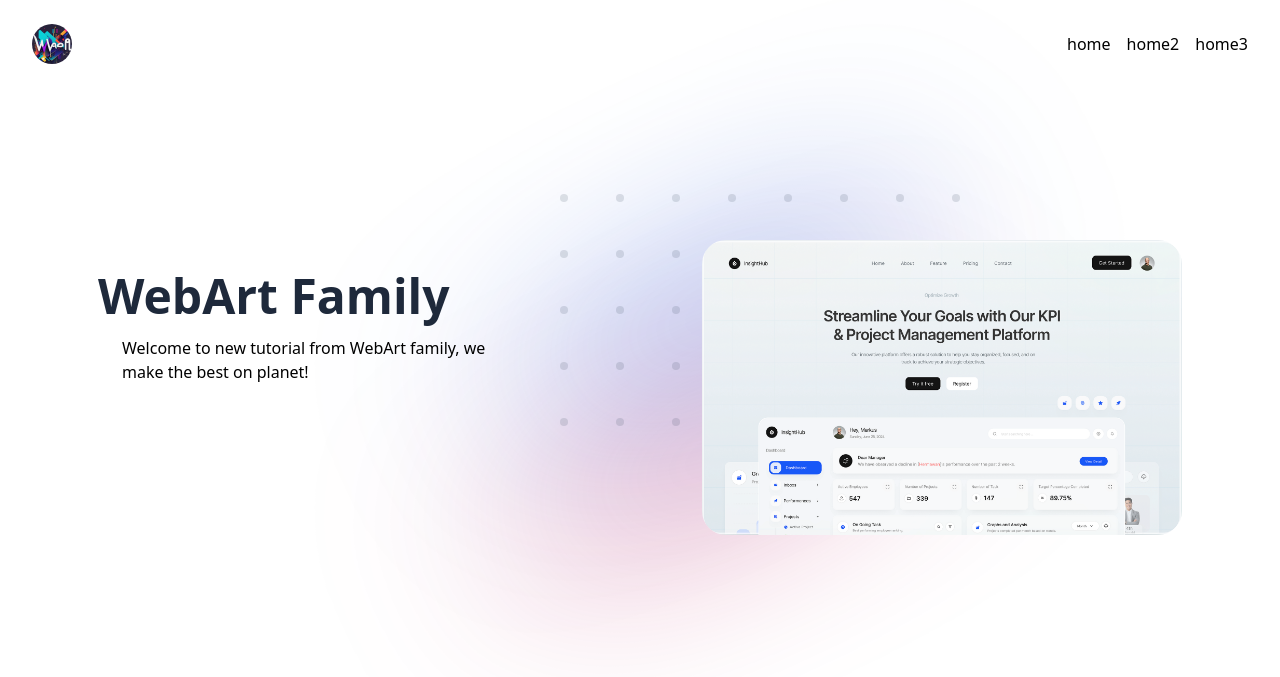
Repository: 30namp/youtube-web-art-code
Page: stunning landing page 1/index.html
These files come from the project's save history. The page is drawn as it stood at one moment and after the next save; the edit follows.
The browser window is 1280 px wide. The pictures show the whole page.

Above is the page before, as saved 2024-09-26 21:07:54.

### stunning landing page 1/index.html
<!DOCTYPE html>
<html lang="en">
  <head>
    <meta charset="UTF-8" />
    <meta name="viewport" content="width=device-width, initial-scale=1.0" />
    <title>WebArt Design</title>
    <script src="./tailwindcss.min.js"></script>
  </head>
  <body class="min-h-screen">
    <div
      class="absolute right-[25%] top-[60%] h-12 w-[30rem] rounded-[100%] rotate-[-25deg] bg-pink-700 blur-[6rem]"
    ></div>
    <div
      class="absolute right-[25%] top-[40%] h-12 w-[30rem] rounded-[100%] rotate-[-25deg] bg-blue-700 blur-[6rem]"
    ></div>
    <div
      class="grid grid-cols-8 gap-12 absolute right-[25%] top-[27%] animate-pulse"
    >
      <div class="rounded-full bg-slate-700/30 size-2 shadow-lg"></div>
      <div class="rounded-full bg-slate-700/30 size-2 shadow-lg"></div>
      <div class="rounded-full bg-slate-700/30 size-2 shadow-lg"></div>
      <div class="rounded-full bg-slate-700/30 size-2 shadow-lg"></div>
      <div class="rounded-full bg-slate-700/30 size-2 shadow-lg"></div>
      <div class="rounded-full bg-slate-700/30 size-2 shadow-lg"></div>
      <div class="rounded-full bg-slate-700/30 size-2 shadow-lg"></div>
      <div class="rounded-full bg-slate-700/30 size-2 shadow-lg"></div>
      <div class="rounded-full bg-slate-700/30 size-2 shadow-lg"></div>
      <div class="rounded-full bg-slate-700/30 size-2 shadow-lg"></div>
      <div class="rounded-full bg-slate-700/30 size-2 shadow-lg"></div>
      <div class="rounded-full bg-slate-700/30 size-2 shadow-lg"></div>
      <div class="rounded-full bg-slate-700/30 size-2 shadow-lg"></div>
      <div class="rounded-full bg-slate-700/30 size-2 shadow-lg"></div>
      <div class="rounded-full bg-slate-700/30 size-2 shadow-lg"></div>
      <div class="rounded-full bg-slate-700/30 size-2 shadow-lg"></div>
      <div class="rounded-full bg-slate-700/30 size-2 shadow-lg"></div>
      <div class="rounded-full bg-slate-700/30 size-2 shadow-lg"></div>
      <div class="rounded-full bg-slate-700/30 size-2 shadow-lg"></div>
      <div class="rounded-full bg-slate-700/30 size-2 shadow-lg"></div>
      <div class="rounded-full bg-slate-700/30 size-2 shadow-lg"></div>
      <div class="rounded-full bg-slate-700/30 size-2 shadow-lg"></div>
      <div class="rounded-full bg-slate-700/30 size-2 shadow-lg"></div>
      <div class="rounded-full bg-slate-700/30 size-2 shadow-lg"></div>
      <div class="rounded-full bg-slate-700/30 size-2 shadow-lg"></div>
      <div class="rounded-full bg-slate-700/30 size-2 shadow-lg"></div>
      <div class="rounded-full bg-slate-700/30 size-2 shadow-lg"></div>
      <div class="rounded-full bg-slate-700/30 size-2 shadow-lg"></div>
      <div class="rounded-full bg-slate-700/30 size-2 shadow-lg"></div>
      <div class="rounded-full bg-slate-700/30 size-2 shadow-lg"></div>
      <div class="rounded-full bg-slate-700/30 size-2 shadow-lg"></div>
      <div class="rounded-full bg-slate-700/30 size-2 shadow-lg"></div>
      <div class="rounded-full bg-slate-700/30 size-2 shadow-lg"></div>
      <div class="rounded-full bg-slate-700/30 size-2 shadow-lg"></div>
      <div class="rounded-full bg-slate-700/30 size-2 shadow-lg"></div>
      <div class="rounded-full bg-slate-700/30 size-2 shadow-lg"></div>
      <div class="rounded-full bg-slate-700/30 size-2 shadow-lg"></div>
      <div class="rounded-full bg-slate-700/30 size-2 shadow-lg"></div>
      <div class="rounded-full bg-slate-700/30 size-2 shadow-lg"></div>
      <div class="rounded-full bg-slate-700/30 size-2 shadow-lg"></div>
    </div>

    <!-- navbar -->
    <nav
      class="absolute top-0 left-0 right-0 flex justify-between items-center py-6 px-8"
    >
      <a href="/">
        <img class="size-10 rounded-full" src="./assets/img/logo.jpg" alt="" />
      </a>

      <div class="options flex items-center gap-4">
        <a href="#">home</a>
        <a href="#">home2</a>
        <a href="#">home3</a>
      </div>
    </nav>

    <!-- hero section -->
    <div class="hero-section relative pt-60 flex justify-around items-start">
      <div class="content flex flex-col gap-4 pt-8">
        <h1 class="text-5xl font-bold text-slate-800">WebArt Family</h1>
        <div class="description ml-6 w-96">
          Welcome to new tutorial from WebArt family, we make the best on
          planet!
        </div>
      </div>
      <img class="w-[30rem] rounded-3xl" src="./assets/img/img.png" alt="" />
    </div>
  </body>
</html>

Loaded but not shown: stunning landing page 1/tailwindcss.min.js (library)

After the next save:
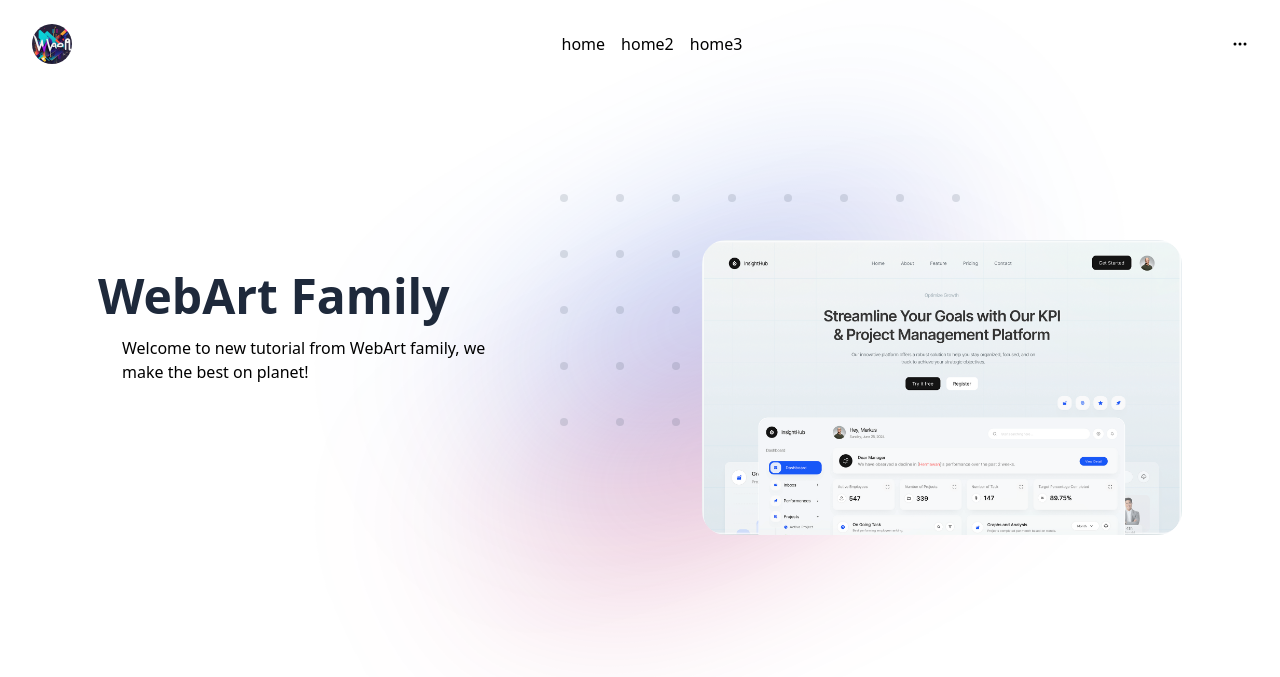
Saved 39 s later.
--- a/stunning landing page 1/index.html
+++ b/stunning landing page 1/index.html
@@ -71,6 +71,21 @@
         <a href="#">home2</a>
         <a href="#">home3</a>
       </div>
+
+      <button>
+        <svg
+          xmlns="http://www.w3.org/2000/svg"
+          width="16"
+          height="16"
+          fill="currentColor"
+          class="bi bi-three-dots"
+          viewBox="0 0 16 16"
+        >
+          <path
+            d="M3 9.5a1.5 1.5 0 1 1 0-3 1.5 1.5 0 0 1 0 3m5 0a1.5 1.5 0 1 1 0-3 1.5 1.5 0 0 1 0 3m5 0a1.5 1.5 0 1 1 0-3 1.5 1.5 0 0 1 0 3"
+          />
+        </svg>
+      </button>
     </nav>
 
     <!-- hero section -->
